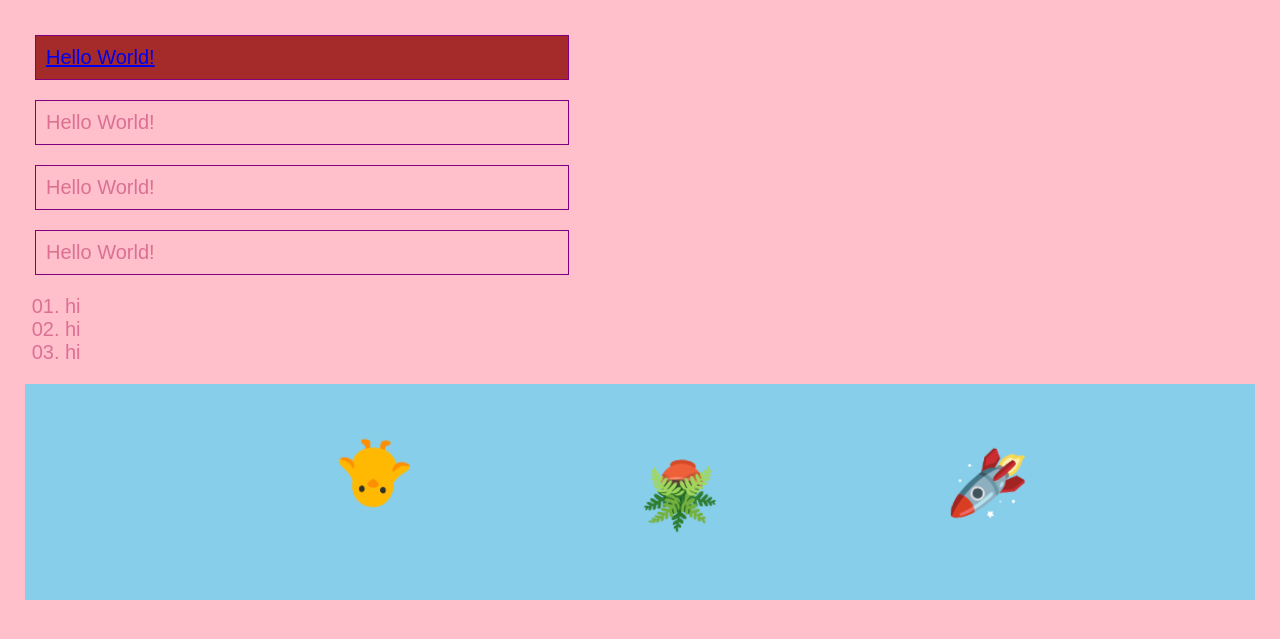
Repository: j1s00jang/MDIA-2109
Page: index2.html
An editor plug-in stored every save of this project. The page is shown before and after the next save, followed by the edit.
The browser window is 1280 px wide. The pictures show the whole page.

Above is the page before, as saved 2025-02-24 10:21:44.

After the next save:
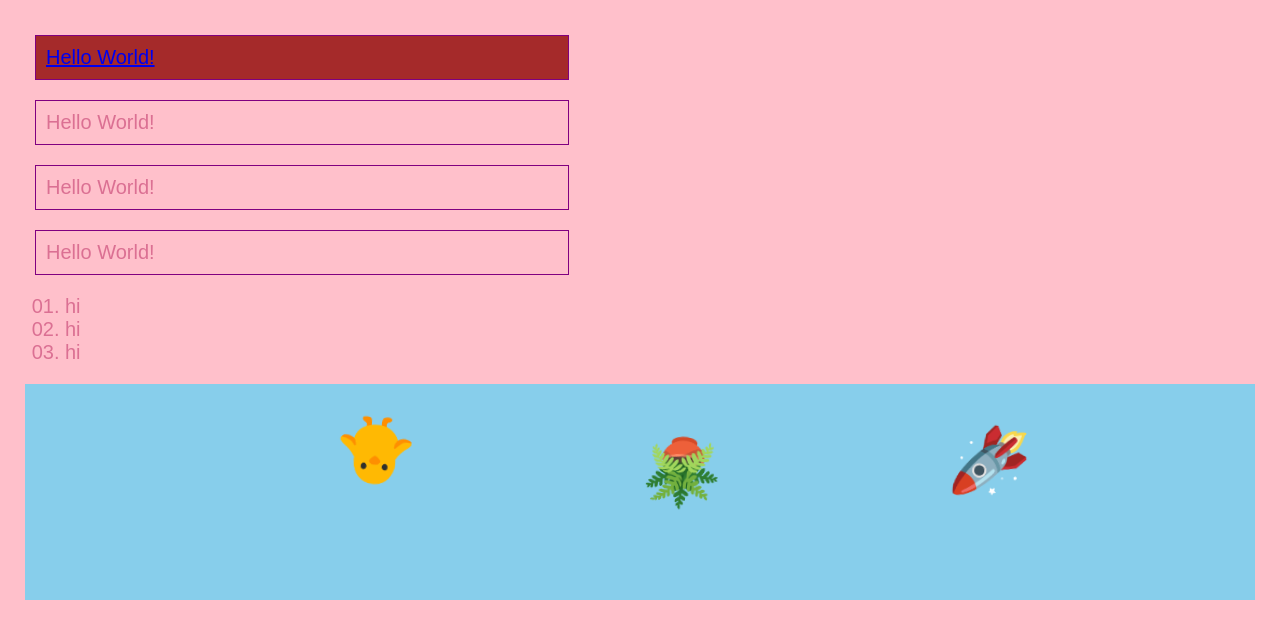
Saved 4 s later.
--- a/css/style.css
+++ b/css/style.css
@@ -129,6 +129,6 @@ ul {
         transform: rotate(0);
     }
     100% {
-        transform: rotate(360deg) translateY(5px);
+        transform: rotate(360deg) translateY(50px);
     }
 }
